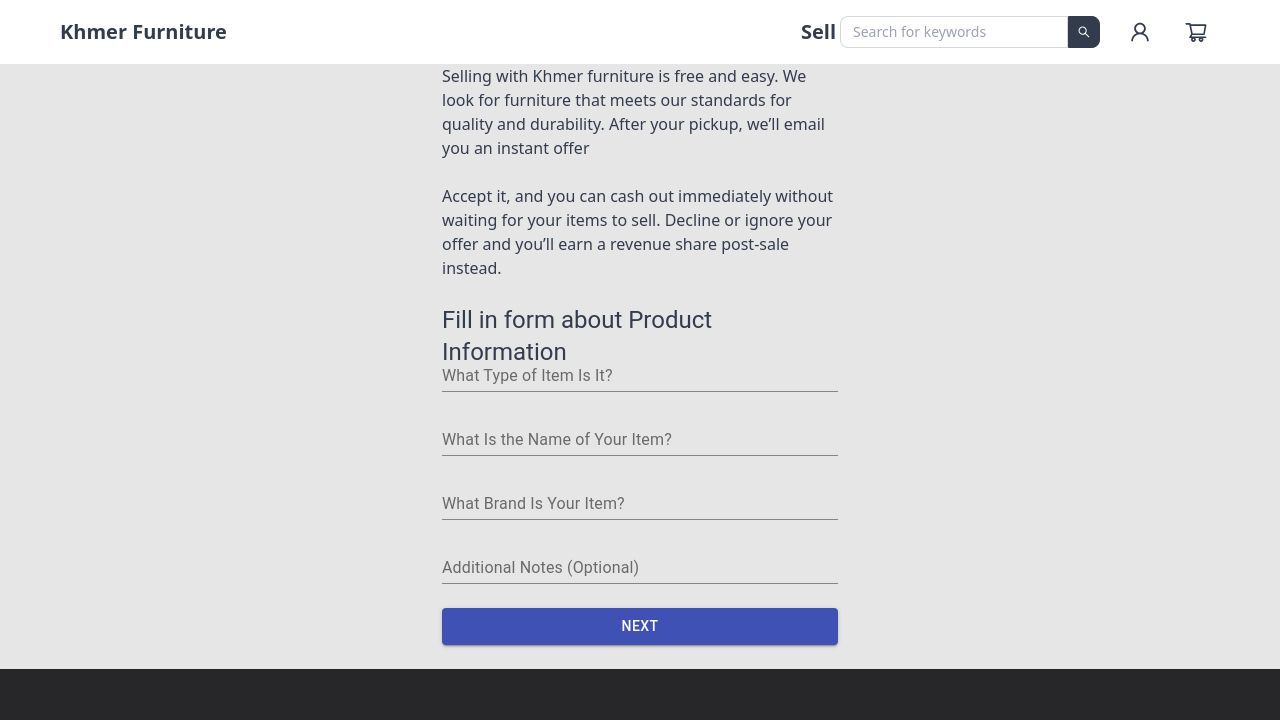
Repository: PlayerNguyen/dotot-shop
Page: /sell (app in client/)
These files come from the project's save history. The page is drawn as it stood at one moment and after a run of saves; the edit follows.
The browser window is 1280 px wide. The pictures show the whole page.
An inner scrolling area shows only its first screen. The project was rebuilt for these pictures with package versions that can differ from the ones it lists, and the page was loaded fresh each time. Also part of the build but not shown: client/src/components/NoMatch/NoMatch.jsx, client/src/components/Sell/UserDetails.js, client/src/components/Sell/Confirmation.js, client/src/components/Sell/Success.js.

Above is the page before, as saved 2022-12-06 12:41:24.

After the next 2 saves:
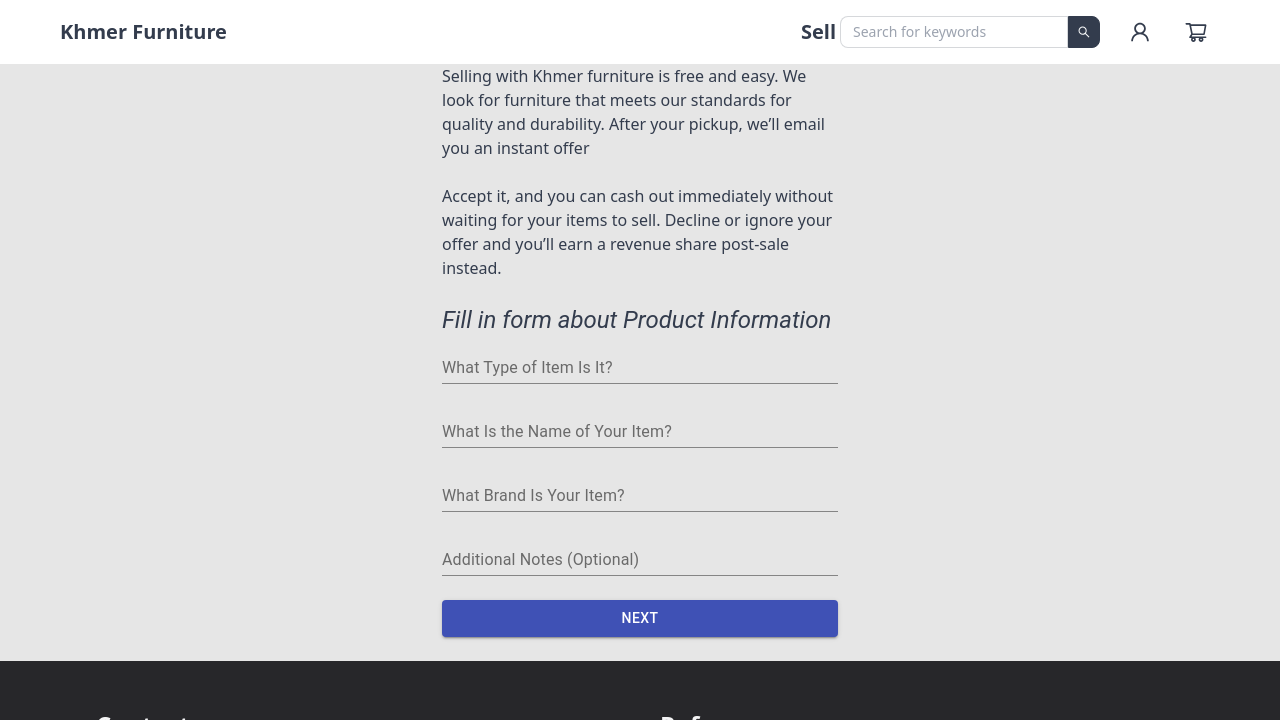
The 2 saves are shown as one change because they came seconds apart.
The last was saved 17 s later.
--- a/client/src/components/Sell/ProductDetails.js
+++ b/client/src/components/Sell/ProductDetails.js
@@ -20,7 +20,7 @@ const ProductDetails = ({ nextStep, handleChange, values }) => {
           <div> Accept it, and you can cash out immediately without waiting for your items to sell.
            Decline or ignore your offer and you’ll earn a revenue share post-sale instead.</div>
            <br/>
-          <Typography  component="h1" variant="h5" className='h-10'>
+          <Typography  component="h1" variant="h5" className='italic'>
            Fill in form about Product Information
           </Typography>
           <form>
